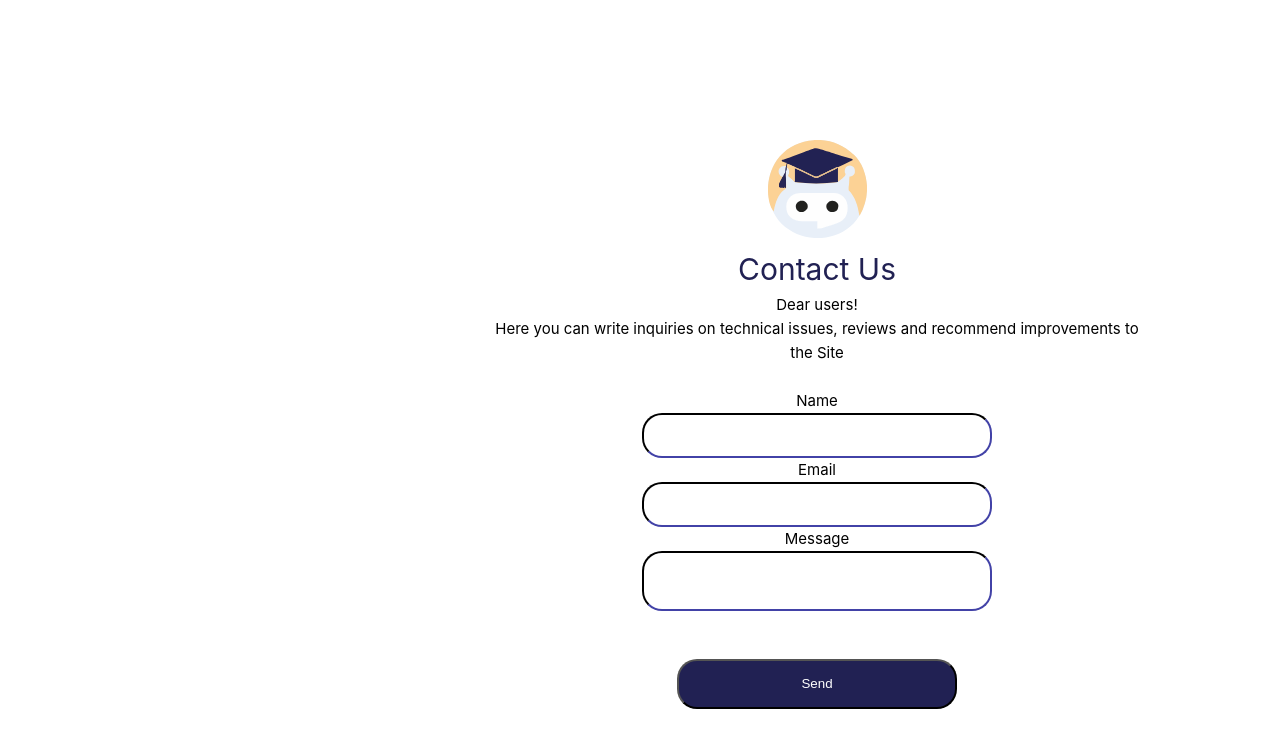
Repository: tolepbekova/Community_v.l
Page: /contact
The author's editor kept a copy of each file at every save. The page is drawn from the files as they stood at one save, then again after the next save.
The browser window is 1280 px wide. The page is 1280 px wide, then 1284 px, so the pictures cover 1284 px, including what lies to the right of the window. The pictures show the whole page.
The project was rebuilt for these pictures with package versions that can differ from the ones it lists, and the page was loaded fresh each time. Also part of the build but not shown: vite.config.js, src/components/HelloWorld.vue, src/views/Login.vue. Imported but missing from the stored project, and not drawn on this page: src/views/Change.vue.

Above is the page before, as saved 2024-05-10 07:22:12.

After the next save:
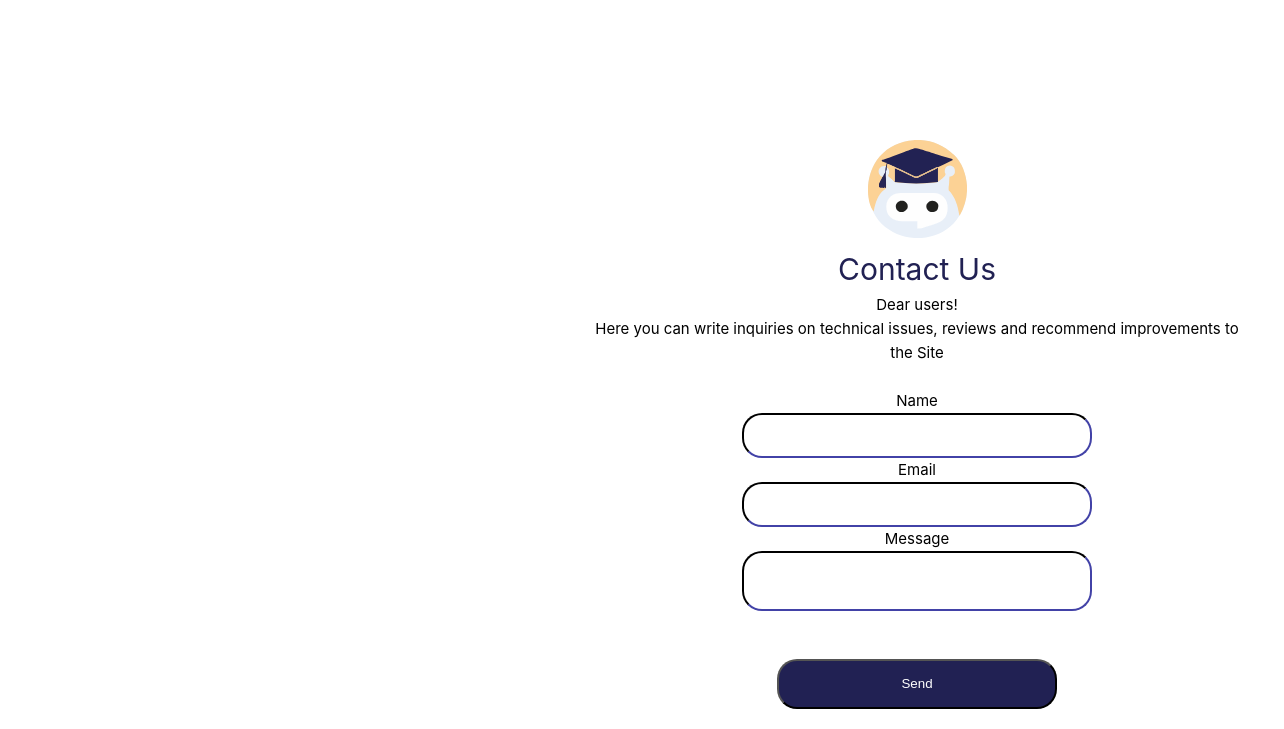
Saved 51 s later.
--- a/src/views/Contact.vue
+++ b/src/views/Contact.vue
@@ -48,16 +48,26 @@ h1 {
     color: rgba(33, 33, 83, 1);
 }
 
-#header {
+#app {
     display: flex;
-    align-items: center;
-    justify-content: space-around;
-    padding: 20px 80px;
 
 }
 
-#header img {
-    width: 218px;
+#header {
+    display: flex;
+    width: 100%;
+    flex-direction: column;
+    align-items: center;
+    justify-content: space-between;
+    position: fixed;
+    margin-left: 0px;
+    margin-right: 0px;
+    margin-top: 0px;
+    color:rgba(33, 33, 83, 1) ;
+}
+
+.logo {
+    width: 270px;
     height: 77px;
 }
 
@@ -66,40 +76,42 @@ h1 {
     align-items: center;
     justify-content: center;
 }
-
-#navbar li {
+span  {
     list-style: none;
     padding: 0 20px;
-}
-
-#navbar li a {
     text-decoration: none;
     font-size: 30px;
     color: rgba(33, 33, 83, 1);
     transition: 0.3s ease;
 }
 
-#navnar li a:hover {
-    color: rgb(237, 237, 167);
+#navbar li :hover {
+    color: rgba(33, 33, 83, 1);
+}
+h1 {
+  color: rgba(33, 33, 83, 1);
 }
 
+
 .abrow {
-    margin: 20px auto;
-    display: block;
-    text-align: center;
-    margin-left: 450px;
+  margin: 20px auto;
+  display: block;
+  text-align: center;
+  margin-left: 550px;
 }
 
 .abcolu {
-    margin: 0 auto;
-    display: block;
-    text-align: center;
+  margin: 0 auto;
+  display: block;
+  text-align: center;
 }
 
 img {
-    max-width: 99px;
-    max-height: 99px;
+  max-width: 99px;
+  max-height: 99px;
 }
+
+
 
 .abp {
     margin: 0 auto;
